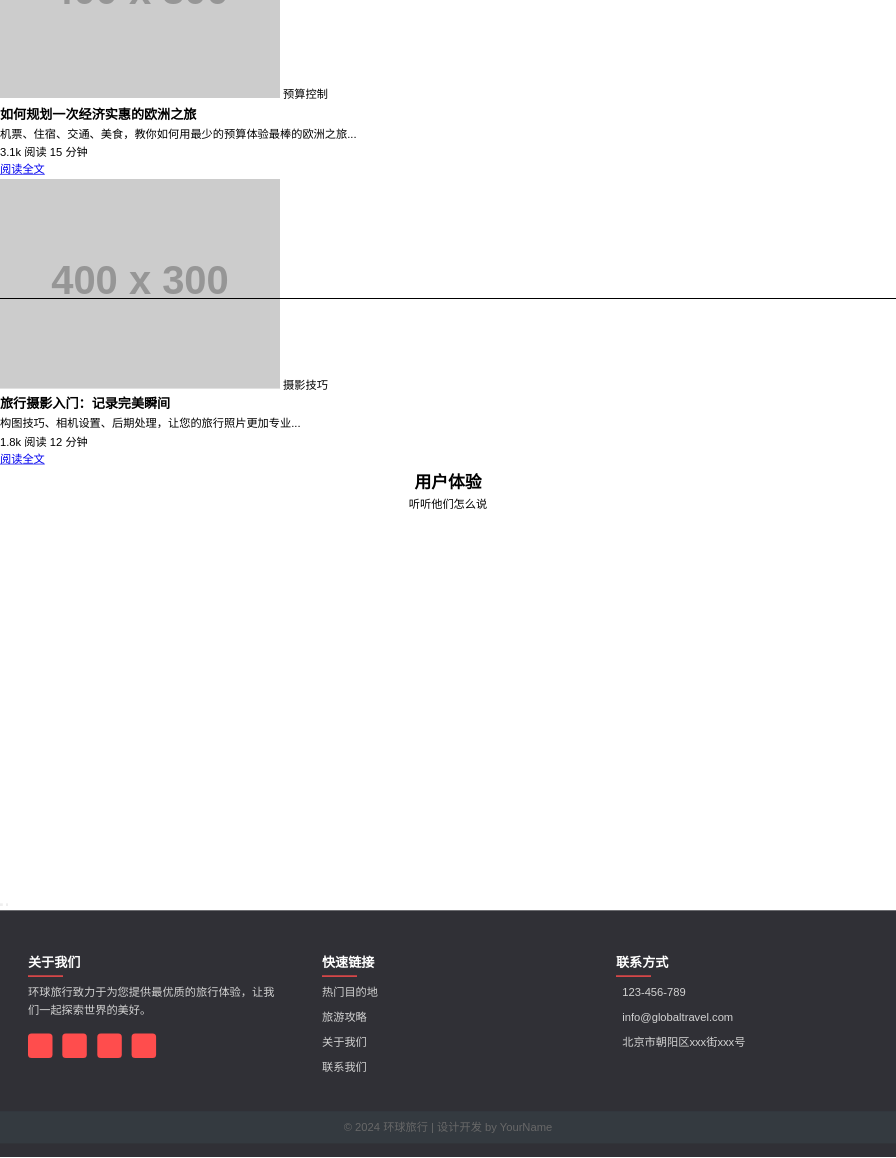
Repository: huang-heavenly-Emperor/travel_1
Page: index.html
The author's editor kept a copy of each file at every save. The page is drawn from the files as they stood at one save, then again after the next save.
The browser window is 1280 px wide. The pictures show the part of the page from y = 2478 to 4398 px (the page is 4132 px tall before and 4398 px after), at 70% of full size.

Above is the page before, as saved 2024-11-18 02:44:50.

After the next save:
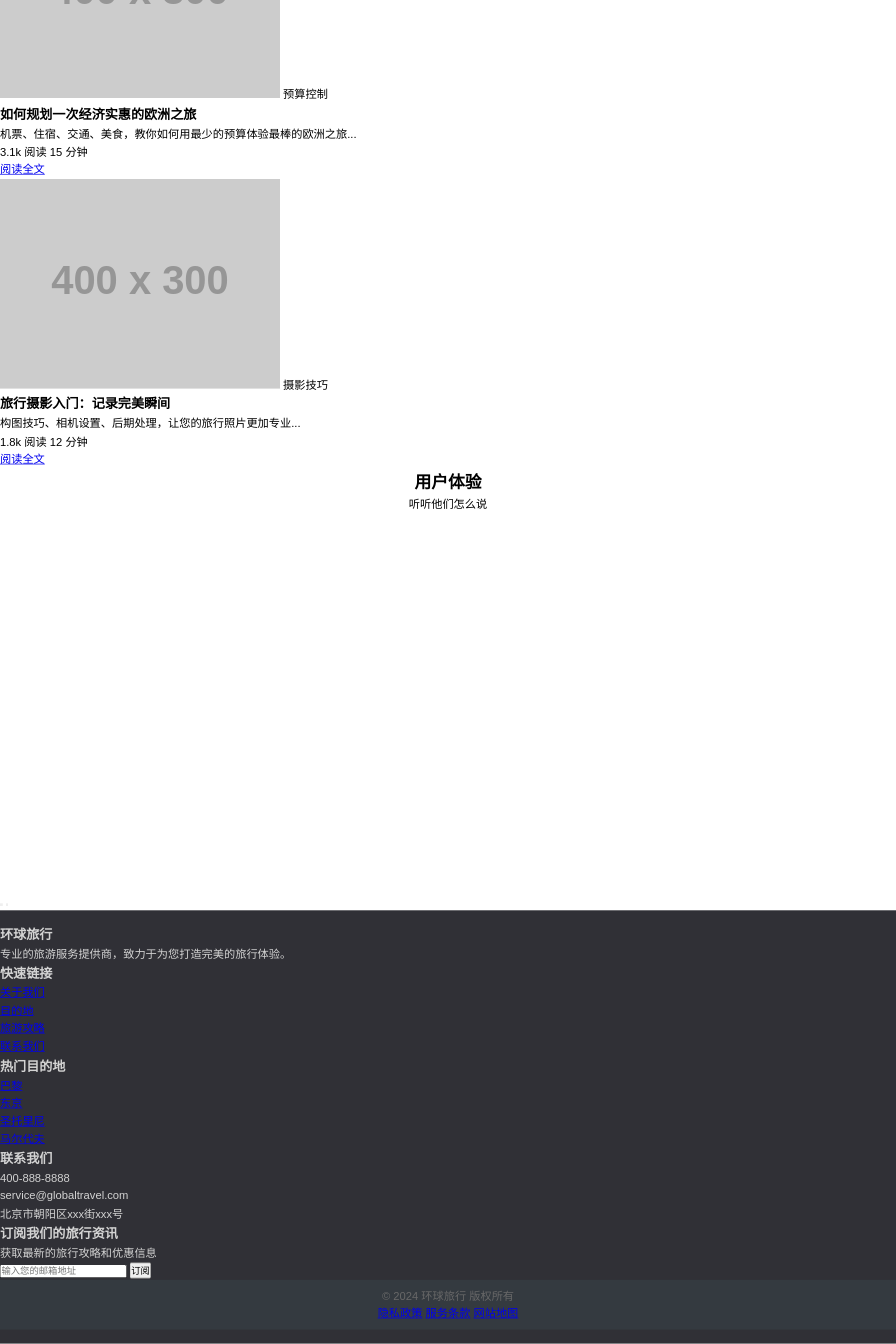
Saved 12 s later.
--- a/index.html
+++ b/index.html
@@ -341,40 +341,82 @@
 
     <!-- 页脚部分 -->
     <footer class="footer">
-        <div class="footer-content">
-            <div class="footer-section about">
-                <h3>关于我们</h3>
-                <p>环球旅行致力于为您提供最优质的旅行体验，让我们一起探索世界的美好。</p>
-                <div class="socials">
-                    <a href="#"><i class="fab fa-weixin"></i></a>
-                    <a href="#"><i class="fab fa-weibo"></i></a>
-                    <a href="#"><i class="fab fa-qq"></i></a>
-                    <a href="#"><i class="fab fa-douyin"></i></a>
-                </div>
-            </div>
-
-            <div class="footer-section links">
-                <h3>快速链接</h3>
-                <ul>
-                    <li><a href="pages/destinations.html">热门目的地</a></li>
-                    <li><a href="pages/travel-tips.html">旅游攻略</a></li>
-                    <li><a href="pages/about.html">关于我们</a></li>
-                    <li><a href="pages/contact.html">联系我们</a></li>
-                </ul>
-            </div>
-
-            <div class="footer-section contact">
-                <h3>联系方式</h3>
-                <p>
-                    <span><i class="fas fa-phone"></i> &nbsp; 123-456-789</span>
-                    <span><i class="fas fa-envelope"></i> &nbsp; info@globaltravel.com</span>
-                    <span><i class="fas fa-map-marker-alt"></i> &nbsp; 北京市朝阳区xxx街xxx号</span>
-                </p>
-            </div>
-        </div>
-
+        <div class="footer-top">
+            <div class="container">
+                <div class="footer-grid">
+                    <!-- 公司简介 -->
+                    <div class="footer-company">
+                        <h3>环球旅行</h3>
+                        <p>专业的旅游服务提供商，致力于为您打造完美的旅行体验。</p>
+                        <div class="social-links">
+                            <a href="#"><i class="fab fa-weixin"></i></a>
+                            <a href="#"><i class="fab fa-weibo"></i></a>
+                            <a href="#"><i class="fab fa-qq"></i></a>
+                            <a href="#"><i class="fab fa-instagram"></i></a>
+                        </div>
+                    </div>
+
+                    <!-- 快速链接 -->
+                    <div class="footer-links">
+                        <h3>快速链接</h3>
+                        <ul>
+                            <li><a href="pages/about.html">关于我们</a></li>
+                            <li><a href="pages/destinations.html">目的地</a></li>
+                            <li><a href="pages/travel-tips.html">旅游攻略</a></li>
+                            <li><a href="pages/contact.html">联系我们</a></li>
+                        </ul>
+                    </div>
+
+                    <!-- 热门目的地 -->
+                    <div class="footer-destinations">
+                        <h3>热门目的地</h3>
+                        <ul>
+                            <li><a href="#">巴黎</a></li>
+                            <li><a href="#">东京</a></li>
+                            <li><a href="#">圣托里尼</a></li>
+                            <li><a href="#">马尔代夫</a></li>
+                        </ul>
+                    </div>
+
+                    <!-- 联系方式 -->
+                    <div class="footer-contact">
+                        <h3>联系我们</h3>
+                        <ul>
+                            <li><i class="fas fa-phone"></i> 400-888-8888</li>
+                            <li><i class="fas fa-envelope"></i> service@globaltravel.com</li>
+                            <li><i class="fas fa-map-marker-alt"></i> 北京市朝阳区xxx街xxx号</li>
+                        </ul>
+                    </div>
+                </div>
+            </div>
+        </div>
+
+        <!-- 订阅newsletter -->
+        <div class="footer-newsletter">
+            <div class="container">
+                <div class="newsletter-content">
+                    <h3>订阅我们的旅行资讯</h3>
+                    <p>获取最新的旅行攻略和优惠信息</p>
+                    <form class="newsletter-form">
+                        <input type="email" placeholder="输入您的邮箱地址">
+                        <button type="submit">订阅</button>
+                    </form>
+                </div>
+            </div>
+        </div>
+
+        <!-- 页脚底部 -->
         <div class="footer-bottom">
-            &copy; 2024 环球旅行 | 设计开发 by YourName
+            <div class="container">
+                <div class="footer-bottom-content">
+                    <p>&copy; 2024 环球旅行 版权所有</p>
+                    <div class="footer-bottom-links">
+                        <a href="#">隐私政策</a>
+                        <a href="#">服务条款</a>
+                        <a href="#">网站地图</a>
+                    </div>
+                </div>
+            </div>
         </div>
     </footer>
     <script src="js/main.js"></script>
